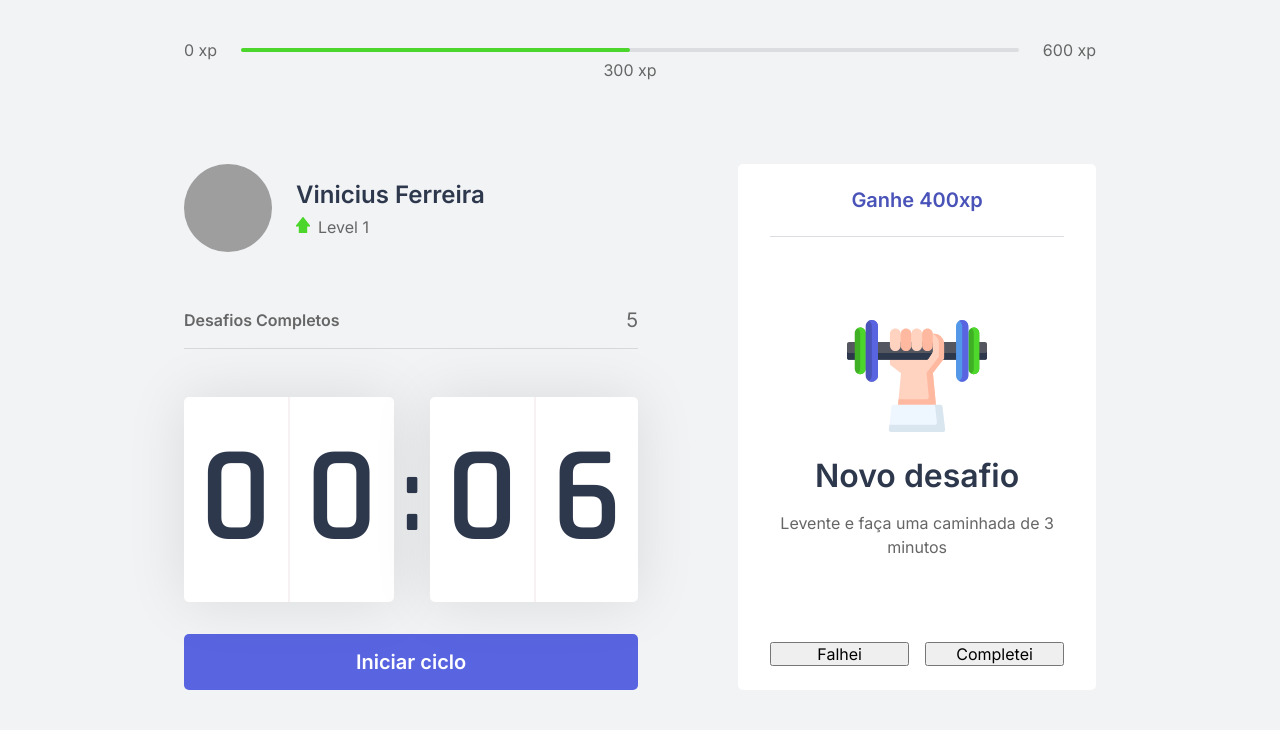
Repository: viniciusfg05/nlwFocus
Page: /
An editor plug-in stored every save of this project. The page is shown before and after the next save, followed by the edit.
The browser window is 1280 px wide. The pictures show the whole page.
Pictures or frames that could not be fetched are drawn as grey boxes. The project was rebuilt for these pictures with package versions that can differ from the ones it lists, and the page was loaded fresh each time. The framework's server and built-in components were replaced by stand-ins that run in the browser.

Above is the page before, as saved 2022-02-28 14:04:14.

After the next save:
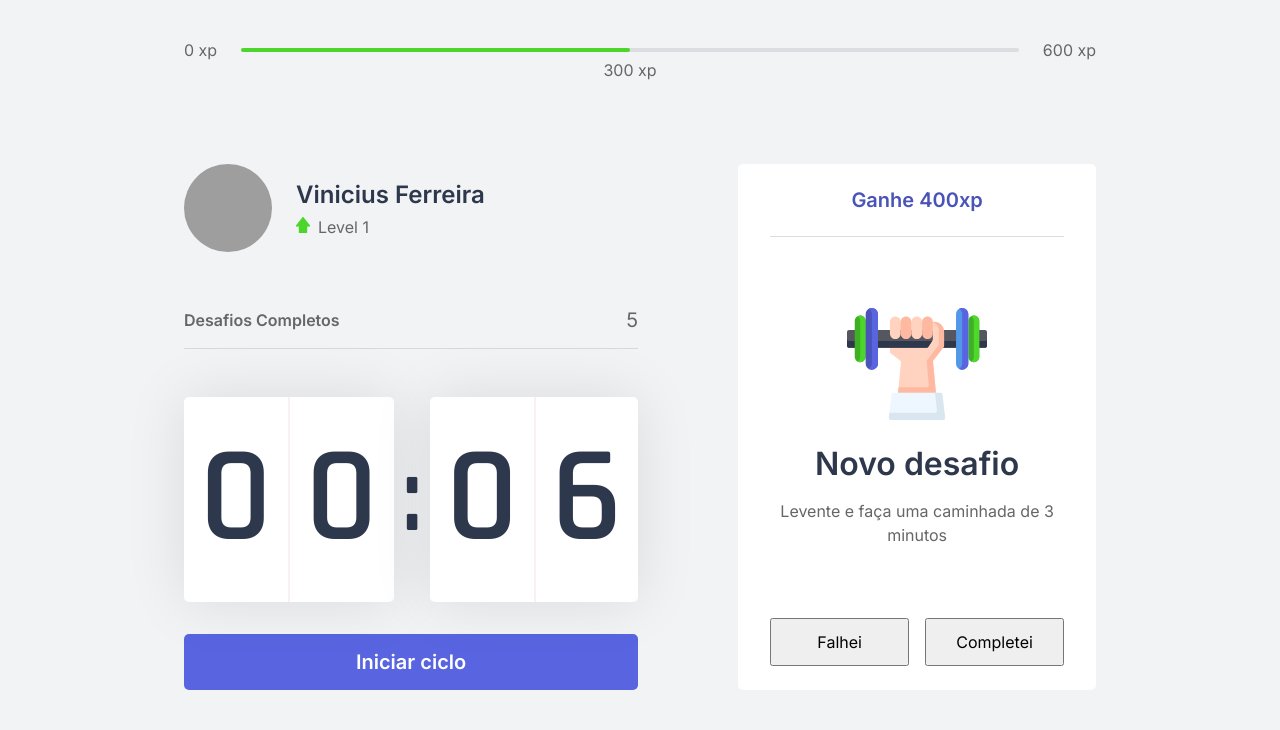
Saved 30 s later.
--- a/src/styles/components/ChallegesBox.module.css
+++ b/src/styles/components/ChallegesBox.module.css
@@ -74,3 +74,7 @@
   grid-template-columns: 1fr 1fr;
   gap: 1rem;
 }
+
+.ChallegesBoxActive footer button {
+  height: 3rem;
+}
